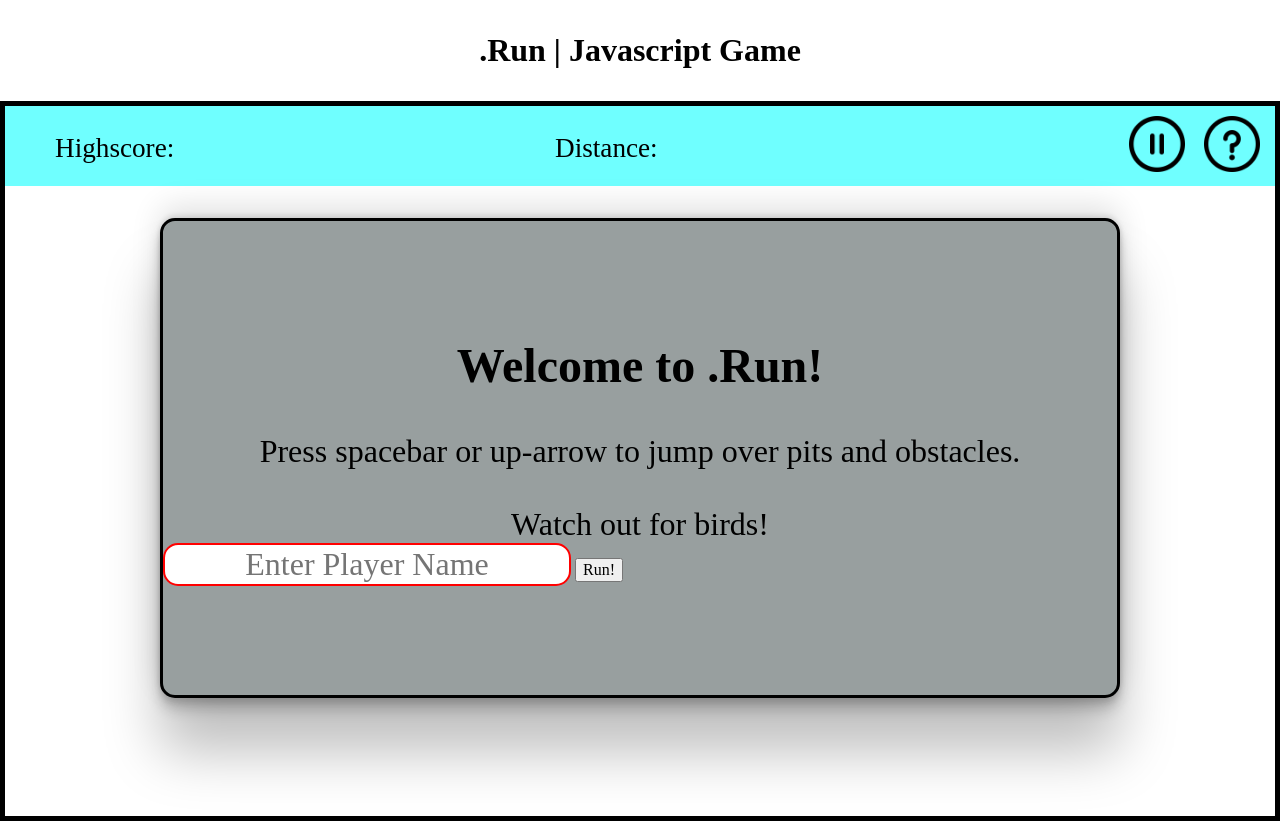
Repository: jellymel0n/bit-biker
Page: index.html
These files come from the project's save history. The page is drawn as it stood at one moment and after the next save; the edit follows.
The browser window is 1280 px wide. The pictures show the whole page.

Above is the page before, as saved 2021-06-29 13:58:03.

### index.html
<!DOCTYPE html>
<html lang="en">
<head>
    <meta charset="UTF-8">
    <meta http-equiv="X-UA-Compatible" content="IE=edge">
    <meta name="viewport" content="width=device-width, initial-scale=1.0">
    <!-- CSS reset/normalize -->
    <link rel="stylesheet" href="styles/normalize-fwd.css">
    <!-- Local CSS -->
    <link rel="stylesheet" href="styles/styles.css">
    <title>.Run | Javascript Game</title>
</head>
<body>
    <h1>.Run | Javascript Game</h1>

    <main id="game-board">
        <!-- Game board header -->
        <div id='game-header'>
            <p id='highscore-text'>Highscore: </p>
            <p id='distance-text'>Distance: </p>
            <div id='btn-pause'>
                <img src="assets/graphics/icons/pause.png" alt="pause button, circle around a pause icon">
            </div>
            <div id='btn-help'>
                <img src="assets/graphics/icons/information.png" alt="help button, circle around a question mark">
            </div>
        </div>
        <!-- End of game board header -->

        <!-- Splash screen - intro -->
        <div id='splash-screen'>
            <h2 id='splash-header'>Welcome to .Run!</h2>
            <p id='splash-text'>Press spacebar or up-arrow to jump over pits and obstacles.<br><br>Watch out for birds!</p>

            <div id="splashInput">
                <input id='player-name' type='text' placeholder='Enter Player Name'>
                <button id='savePlayer'>Run!</button>
            </div>
        </div>
        <!-- End of splash screen -->

    </main>

<!-- jQuery CDN script-->
<script src="https://code.jquery.com/jquery-3.6.0.min.js" integrity="sha256-/xUj+3OJU5yExlq6GSYGSHk7tPXikynS7ogEvDej/m4=" crossorigin="anonymous"></script>
<!-- Local JS script -->
<script src='scripts/script.js'></script>
</body>
</html>

### styles/styles.css
h1 {
    text-align: center;
    margin: 2rem auto;
}

#game-board {
    width: 80rem;
    height: 45rem;
    border: 5px solid black;
    /* border-radius: 10%; */
    margin: 0 auto;
    position: relative;
}

/* Game board header */
div#game-header {
    display: flex;
    justify-content: space-around;
    width: 100%;
    height: 5rem;
    background-color: rgba(0, 255, 255, 0.565);

}

#highscore-text,
#distance-text {
    position: absolute;
}

#highscore-text {
    font-size: 1.7rem;
    left: 50px;
}

#distance-text {
    font-size: 1.7rem;
    left: 550px;
}

#btn-pause img {
    position: absolute;
    width: 3.5rem;
    right: 90px;
    top: 10px;
}

#btn-pause img:hover {
    transform: scale(1.1);
    cursor: pointer;
}

#btn-help img {
    position: absolute;
    width: 3.5rem;
    right: 15px;
    top: 10px;
}

#btn-help img:hover {
    transform: scale(1.1);
    cursor: pointer;
}

/* end of game board header */

/* Splash screen styles */
#splash-screen {
    width: 60rem;
    height: 30rem;
    margin: 2rem auto;
    border: 3px solid black;
    border-radius: 15px;
    align-content: center;
    background-color: rgb(152, 159, 159);
    box-shadow: rgba(0, 0, 0, 0.25) 0px 54px 55px, rgba(0, 0, 0, 0.12) 0px -12px 30px, rgba(0, 0, 0, 0.12) 0px 4px 6px, rgba(0, 0, 0, 0.17) 0px 12px 13px, rgba(0, 0, 0, 0.09) 0px -3px 5px;
}

#splash-screen h2 {
    text-align: center;
    font-size: 3rem;
}

#splash-text {
    text-align: center;
    font-size: 2rem;
    margin: 0 1rem;
}

#splash-screen form {
    text-align: center;
    margin-top: 3rem;
}

input[type=text] {
    border: 2px solid red;
    border-radius: 15px;
    font-size: 2rem;
    margin: 0 auto 2rem auto;
    text-align: center;
}

input[type=submit] {
    font-size: 2rem;
    color: black;
    border: 3px solid black;
    border-radius: 15px;
}

input[type=submit]:hover {
    transform: scale(1.1);
    cursor: pointer;
}
/* End of splash screen styles */

### scripts/script.js
'use strict';

const game = {
    title: '.Run',
    isRunning: false,
    player: [],
    obstacles: [],
    keysPressed: [],
    bgLayers: [],
    bgObjects: [],
    loopDuration: [1000 / 50, 1000 / 60, 1000 / 70, 1000 / 80],
    lastKeyFrame: null,
}

Loaded but not shown: styles/normalize-fwd.css (library)

After the next save:
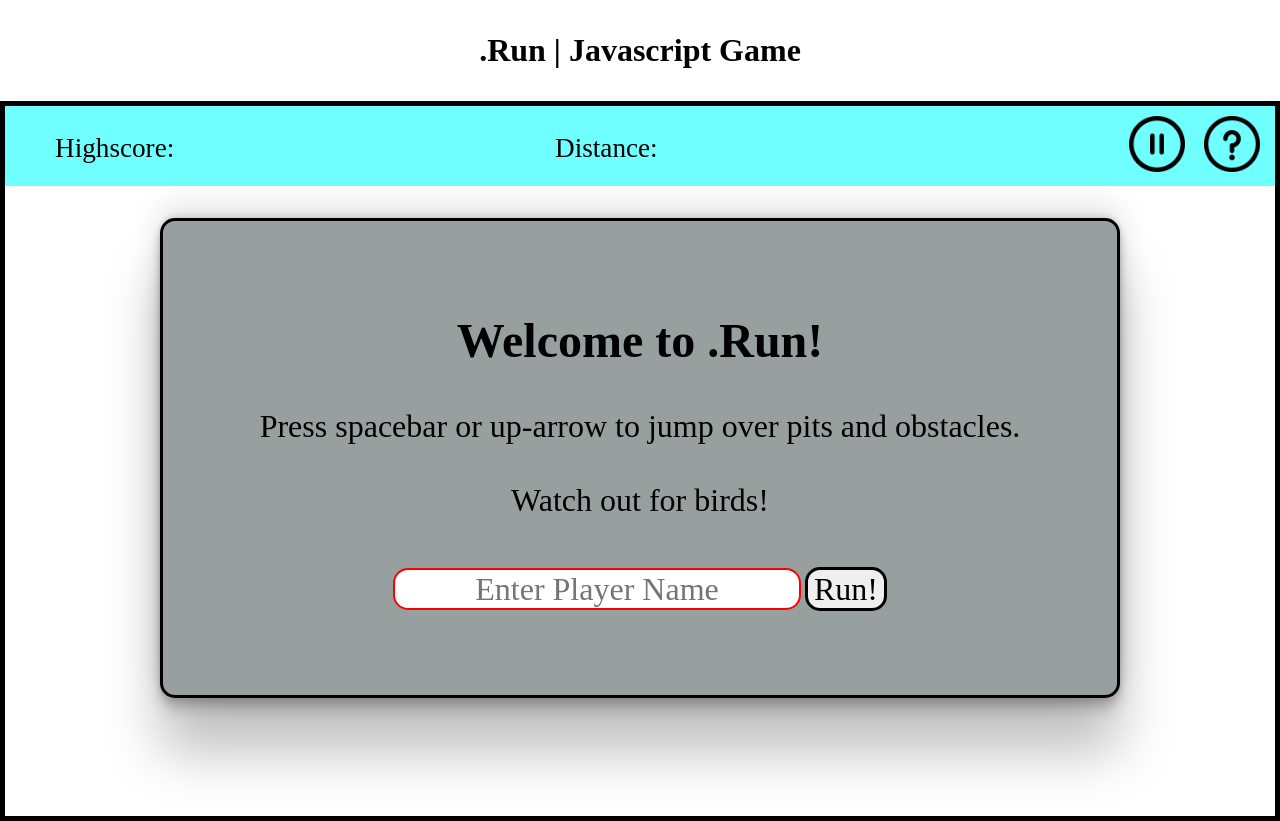
Saved 42 s later.
--- a/styles/styles.css
+++ b/styles/styles.css
@@ -86,7 +86,7 @@ div#game-header {
     margin: 0 1rem;
 }
 
-#splash-screen form {
+#splashInput {
     text-align: center;
     margin-top: 3rem;
 }
@@ -99,14 +99,14 @@ input[type=text] {
     text-align: center;
 }
 
-input[type=submit] {
+button#savePlayer {
     font-size: 2rem;
     color: black;
     border: 3px solid black;
     border-radius: 15px;
 }
 
-input[type=submit]:hover {
+button#savePlayer:hover {
     transform: scale(1.1);
     cursor: pointer;
 }
